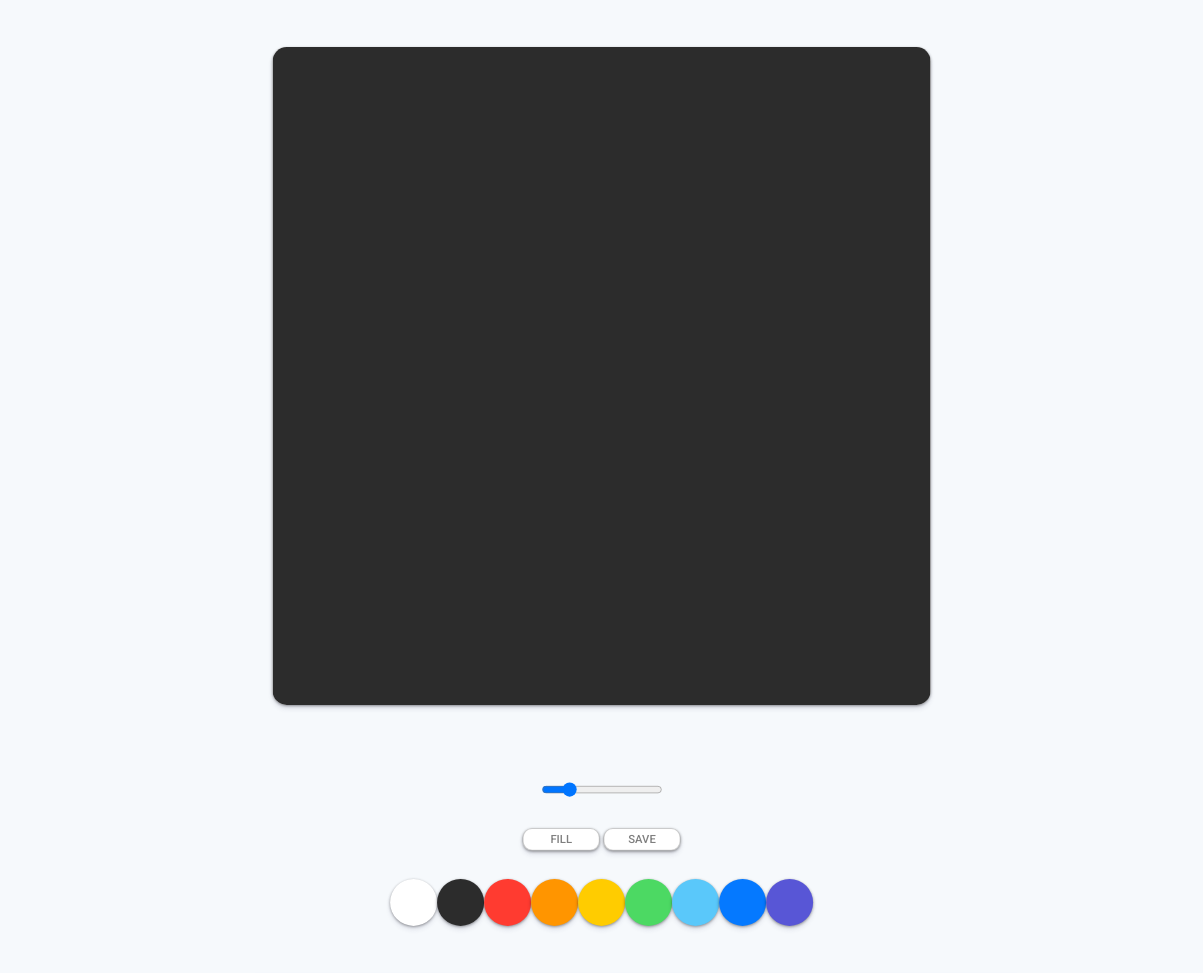
Repository: haleyjung/paintjs
Page: index.html
An editor plug-in stored every save of this project. The page is shown before and after the next save, followed by the edit.
The browser window is 1280 px wide. The pictures show the whole page, at 94% of full size.
After loading, the first visible `#jsCanvas` was clicked once.

Above is the page before, as saved 2020-11-25 23:51:56.

### index.html
<!DOCTYPE html>
<html lang="en">
<head>
    <meta charset="UTF-8">
    <meta name="viewport" content="width=device-width, initial-scale=1.0">
    <link rel="stylesheet" href="style.css" />
    <title>PaintJS</title>
</head>
<body>

    <canvas id="jsCanvas" class="canvas"></canvas>

    <div class="controls">
        <!-- Range Input -->
        <div class="controls__range">
            <input
            type="range"
            id="jsRange"
            min="0.1"
            max="10"
            value="2.5"
            steps="0.1"
            />
        </div>

        <!-- Buttons -->
        <div class="controls__btns">
            <button id="jsMode">Fill</button>
            <button id="jsSave">Save</button>
        </div>

        <!-- Paint -->
        <div class="controls__colors" id="jsColors">
            <div
                class="controls__color jsColor"
                style="background-color:white"
                ></div>
            <div
                class="controls__color jsColor"
                style="background-color:#2c2c2c"
                ></div>
            <div
                class="controls__color jsColor"
                style="background-color:#ff3b30"
                ></div>
            <div
                class="controls__color jsColor"
                style="background-color:#ff9500"
                ></div>
            <div
                class="controls__color jsColor"
                style="background-color:#ffcc00"
                ></div>
            <div
                class="controls__color jsColor"
                style="background-color:#4cd963"
                ></div>
            <div
                class="controls__color jsColor"
                style="background-color:#5ac8fa"
                ></div>
            <div
                class="controls__color jsColor"
                style="background-color:#0579ff"
                ></div>
            <div
                class="controls__color jsColor"
                style="background-color:#5856d6"
                ></div>
        </div>

    </div>

    <script src="app.js"></script>
</body>
</html>

### style.css
@import "reset.css";
@import url("https://fonts.googleapis.com/css2?family=Roboto:wght@300;400;500;700&display=swap");

body {
  background-color: #f6f9fc;
  font-family: "Roboto", sans-serif;
  display: flex;
  flex-direction: column;
  align-items: center;
  padding: 50px 0px;
}

.canvas {
  width: 700px;
  height: 700px;
  background-color: white;
  border-radius: 15px;
  box-shadow: 0 4px 6px rgba(50, 50, 93, 0.11), 0 1px 3px rgba(0, 0, 0, 0.4);
}

.controls {
  margin-top: 80px;
  display: flex;
  flex-direction: column;
  align-items: center;
}

.controls .controls__btns {
  margin-bottom: 30px;
}

.controls__btns button {
  all: unset;
  cursor: pointer;
  background-color: white;
  padding: 5px 0px;
  width: 80px;
  text-align: center;
  border-radius: 10px;
  border: 1px solid rgba(0, 0, 0, 0.2);
  color: rgba(0, 0, 0, 0.5);
  box-shadow: 0 4px 6px rgba(50, 50, 93, 0.11), 0 1px 3px rgba(0, 0, 0, 0.4);
  text-transform: uppercase;
  font-weight: 500;
  font-size: 12px;
}

.controls__btns button:active {
  transform: scale(0.98);
}

.controls .controls__colors {
  display: flex;
}

.controls__colors .controls__color {
  width: 50px;
  height: 50px;
  border-radius: 50%;
  cursor: pointer;
  box-shadow: 0 4px 6px rgba(50, 50, 93, 0.11), 0 1px 3px rgba(0, 0, 0, 0.4);
}

.controls__range {
  margin-bottom: 30px;
}

### app.js
// Detect when mouse is on top of the canvas
const canvas = document.getElementById("jsCanvas");
const ctx = canvas.getContext("2d");
const colors = document.getElementsByClassName("jsColor");
const range = document.getElementById("jsRange");
const mode = document.getElementById("jsMode");

// Make a variable for repeating elements
const INITIAL_COLOR = "#2c2c2c"
const CANVAS_SIZE = 700;

// Give a size to the pixel modifier in addition to css
canvas.width = CANVAS_SIZE;
canvas.height = CANVAS_SIZE;

// Set the style of the stroke in canvas
ctx.strokeStyle = INITIAL_COLOR;
ctx.fillStyle = INITIAL_COLOR;
ctx.lineWidth = 5;

let painting = false;
let filling = false;

// Stop painting when mouse leaves the canvas or we let go of it
function stopPainting(){
    painting = false;
}

function startPainting(){
    painting = true;
}

// offsetX, offsetY is the canvas area (client is the whole window)
function onMouseMove(event){
    const x = event.offsetX;
    const y = event.offsetY;
    // Create a starting point of a path(line)
    if(!painting){
        ctx.beginPath();
        ctx.moveTo(x, y);
    } else {
        ctx.lineTo(x, y);
        // Make path visible
        ctx.stroke();
    }
}

function handleColorClick(event){
    const color = event.target.style.backgroundColor;
    // Override strokestyle with color
    ctx.strokeStyle = color;
    // Canvas fill with selected color
     ctx.fillStyle = color;
}

// Set line width according to the range
function handleRangeChange(event){
    const size = event.target.value;
    ctx.lineWidth = size;
}

// Fill <-> Paint
function handleModeClick(){
    if(filling === true) {
        filling = false;
        mode.innerText = "Fill";
    } else {
        filling = true;
        mode.innerText = "Paint";
    }
}

// Fill entire canvas when Fill is clicked
function handleCanvasClick(){
    ctx.fillRect(0, 0, CANVAS_SIZE, CANVAS_SIZE);
}

if(canvas){
    canvas.addEventListener("mousemove", onMouseMove);
    canvas.addEventListener("mousedown", startPainting);
    canvas.addEventListener("mouseup", stopPainting);
    canvas.addEventListener("mouseleave", stopPainting);
    canvas.addEventListener("click", handleCanvasClick);
}

// Change strings to array and make event listener
Array.from(colors).forEach(color =>
    color.addEventListener("click", handleColorClick)
);

if(range){
    range.addEventListener("input", handleRangeChange)
};

if(mode){
    mode.addEventListener("click", handleModeClick)
};

Loaded but not shown: reset.css (common file)

After the next save:
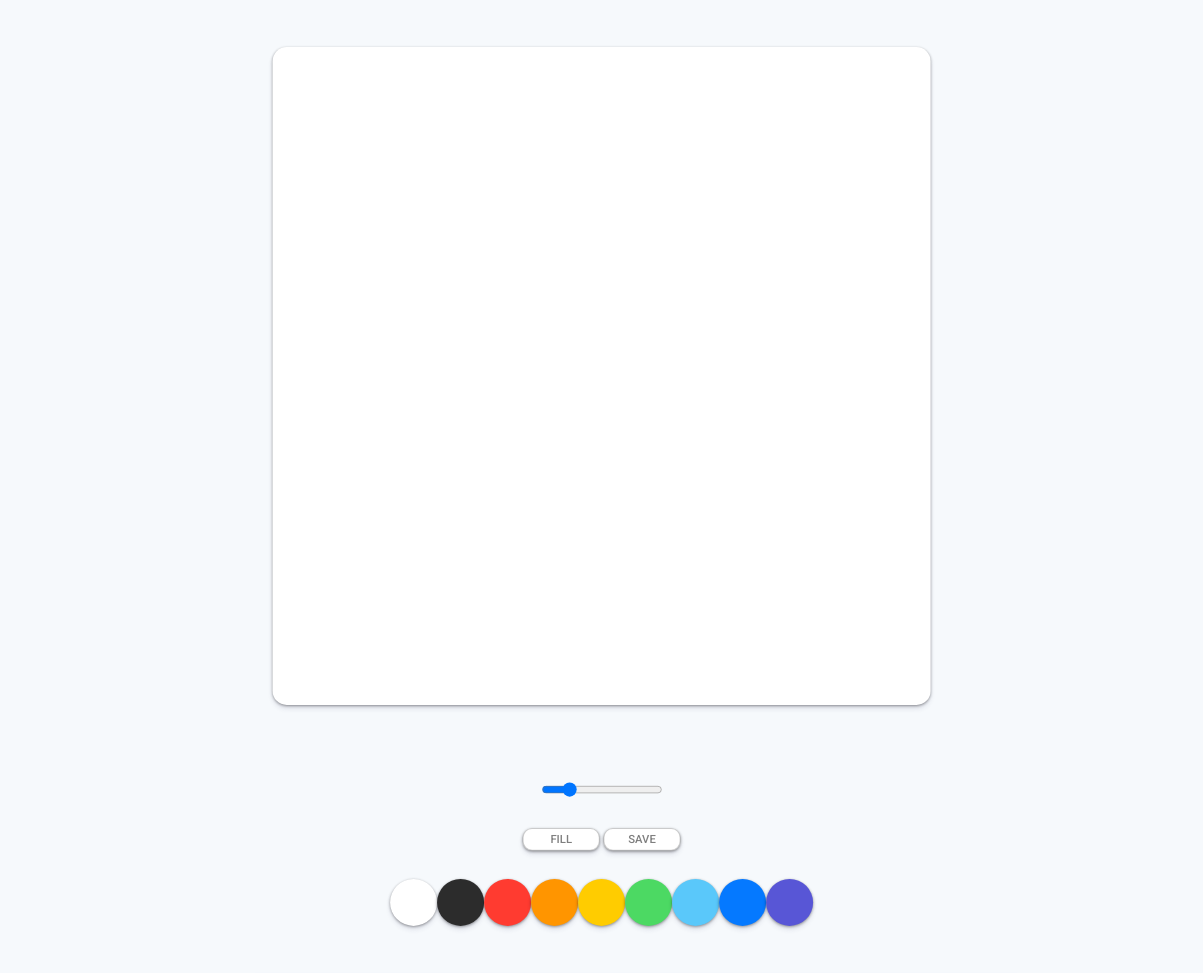
Saved 84 s later.
--- a/app.js
+++ b/app.js
@@ -72,7 +72,9 @@ function handleModeClick(){
 
 // Fill entire canvas when Fill is clicked
 function handleCanvasClick(){
-    ctx.fillRect(0, 0, CANVAS_SIZE, CANVAS_SIZE);
+    if(filling) {
+        ctx.fillRect(0, 0, CANVAS_SIZE, CANVAS_SIZE);
+    }
 }
 
 if(canvas){
